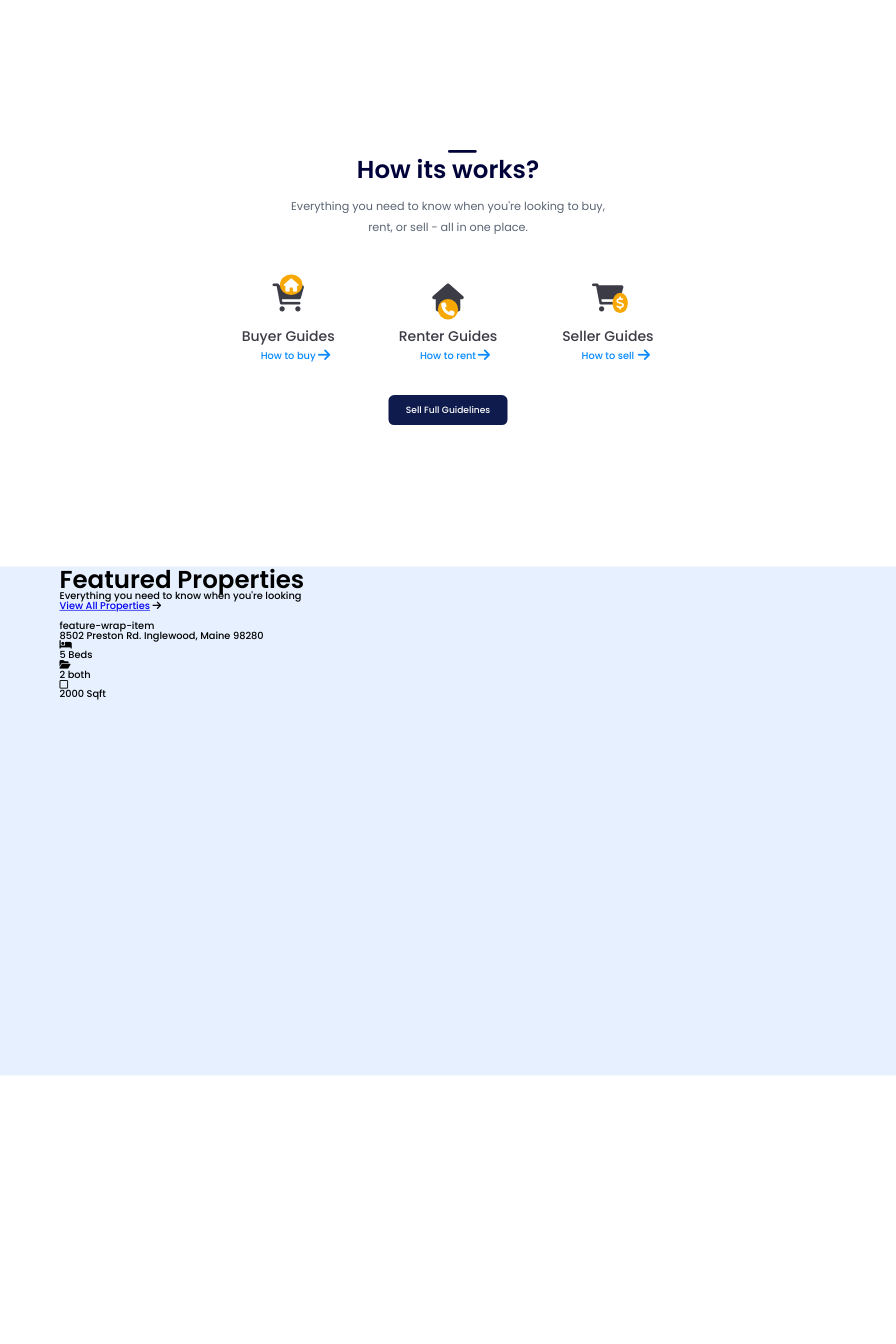
Repository: kauittt/f8-htmlcss-01
Page: index.html
An editor plug-in stored every save of this project. The page is shown before and after the next save, followed by the edit.
The browser window is 1280 px wide. The pictures show the part of the page from y = 946 to 2866 px (the page is 2911 px tall), at 70% of full size.

Above is the page before, as saved 2023-01-01 10:33:22.

### index.html
<!DOCTYPE html>
<html lang="en">
    <head>
        <meta charset="UTF-8" />
        <meta http-equiv="X-UA-Compatible" content="IE=edge" />
        <meta name="viewport" content="width=device-width, initial-scale=1.0" />
        <title>F8-PROJECT-01</title>
        <link rel="preconnect" href="https://cdnjs.cloudflare.com" />
        <link
            rel="stylesheet"
            href="https://cdnjs.cloudflare.com/ajax/libs/font-awesome/6.2.1/css/all.min.css"
        />
        <link rel="stylesheet" href="./assets/css/reset.css" />
        <link rel="stylesheet" href="./assets/fonts/stylesheet.css" />
        <link rel="stylesheet" href="./assets/css/styles.css" />
    </head>
    <body>
        <header id="header" class="colored">
            <div class="content">
                <div class="header-nav">
                    <p class="logo">Bensnik.</p>
                    <ul class="header-nav-list">
                        <li class="header-nav-list__item">Home</li>
                        <li class="header-nav-list__item">Features</li>
                        <li class="header-nav-list__item">Services</li>
                        <li class="header-nav-list__item">Resources</li>
                        <li class="header-nav-list__item">Contact</li>
                    </ul>

                    <div class="header-nav-account">
                        <p class="header-nav-account__general">Sign in</p>
                        <p class="header-nav-account__general btn">Sign up</p>
                    </div>
                </div>

                <div class="header-about">
                    <p class="header-about__welcome">
                        Welcome to Bensnik Agency
                    </p>
                    <h1 class="header-about__heading">
                        Discover a place you'll love to live
                    </h1>
                    <p class="header-about__desc">
                        Get the best real estate deals first, before they hit
                        the mass market! hot foreclosure deals with one simple
                        search
                    </p>
                    <p class="header-about__link btn">More About Us</p>
                </div>
            </div>
        </header>

        <div id="client">
            <div class="content">
                <div class="client-infor">
                    <p class="logo">Bensnik.</p>
                    <div class="client-infor-wrap">
                        <i class="fa-solid fa-star client-infor-wrap__item"></i>
                        <i class="fa-solid fa-star client-infor-wrap__item"></i>
                        <i class="fa-solid fa-star client-infor-wrap__item"></i>
                        <i class="fa-solid fa-star client-infor-wrap__item"></i>
                        <i class="fa-solid fa-star client-infor-wrap__item"></i>
                    </div>
                </div>
                <div class="client-infor">
                    <p class="client-infor__text">
                        More than 45,000+ companies trust besnik
                    </p>
                    <p class="client-infor__text">
                        5 Star Ratings (2k+ Review)
                    </p>
                </div>

                <div class="client-logo">
                    <img src="" alt="" />
                </div>
            </div>
        </div>

        <div id="desc">
            <div class="small-content desc-wrap">
                <div class="desc-heading">
                    <h2 class="desc-heading__title">How its works?</h2>
                    <p class="desc-heading__text">
                        Everything you need to know when you're looking to buy,
                        rent, or sell - all in one place.
                    </p>
                </div>

                <div class="desc-guide">
                    <div class="desc-guide-item">
                        <i
                            class="desc-guide-item__icon fa-solid fa-cart-shopping"
                        >
                        </i>
                        <i
                            class="desc-guide-item__childIcon desc-guide-item__childIcon--topCenter fa-solid fa-house"
                        ></i>
                        <p class="desc-guide-item__name">Buyer Guides</p>
                        <p class="desc-guide-item__instruc">
                            How to buy
                            <i
                                class="desc-guide-item__instruc__icon fa-solid fa-arrow-right"
                            ></i>
                        </p>
                    </div>
                    <div class="desc-guide-item">
                        <i
                            class="desc-guide-item__icon fa-solid fa-house"
                        ></i>
                        <i class="desc-guide-item__childIcon desc-guide-item__childIcon--bottomCenter fa-solid fa-phone"></i>
                        </i>
                        <p class="desc-guide-item__name">Renter Guides</p>
                        <p class="desc-guide-item__instruc">
                            How to rent
                            <i
                                class="desc-guide-item__instruc__icon fa-solid fa-arrow-right"
                            ></i>
                        </p>
                    </div>
                    <div class="desc-guide-item">
                        <i
                            class="desc-guide-item__icon fa-solid fa-cart-shopping"
                        >
                        </i>
                        <i class="desc-guide-item__childIcon item__childIcon--bottomRight fa-solid fa-dollar-sign"></i>

                        <p class="desc-guide-item__name">Seller Guides</p>
                        <p class="desc-guide-item__instruc">
                            How to sell
                            <i
                                class="desc-guide-item__instruc__icon fa-solid fa-arrow-right"
                            ></i>
                        </p>
                    </div>
                </div>

                <p class="desc__link btn">Sell Full Guidelines</p>
            </div>
        </div>

        <div id="feature" class="colored">
            <div class="content feature-wrap">
                <h2 class="feature__heading">Featured Properties</h2>

                <div class="feature-more">
                    <p class="feature-more__desc">
                        Everything you need to know when you're looking
                    </p>

                    <a href="#!" class="feature-more__link">View All Properties</a>
                    <i
                        class="fa-solid fa-arrow-right"
                    ></i>
                </div>

                <div class="feature-wrap">
                    <div class="feature-wrap-item">
                        <img src="" alt="" class="feature-wrap-item__img">
                        <p class="feature-wrap-item__title">feature-wrap-item</p>
                        <p class="feature-wrap-item__text">8502 Preston Rd. Inglewood, Maine 98280</p>
                        <div class="feature-wrap-item-desc">
                            <i class="feature-wrap-item-desc__icon fa-solid fa-bed"></i>
                            <p class="feature-wrap-item-desc__text">5 Beds</p>

                            <i class="feature-wrap-item-desc__icon fa-solid fa-folder-open"></i>
                            <p class="feature-wrap-item-desc__text">2 both</p>

                            <i class="feature-wrap-item-desc__icon fa-regular fa-square"></i>
                            <p class="feature-wrap-item-desc__text">2000 Sqft</p>
                        </div>
                    </div>
                </div>
            </div>


        </div>

        <div id="news">
            <div class="content"></div>
        </div>

        <footer id="footer">
            <div class="content">
                <div class="nav"></div>
            </div>
        </footer>

        <script src="./assets/js/basic.js"></script>
    </body>
</html>

### assets/css/reset.css
html,
body,
div,
span,
applet,
object,
iframe,
h1,
h2,
h3,
h4,
h5,
h6,
p,
blockquote,
pre,
a,
abbr,
acronym,
address,
big,
cite,
code,
del,
dfn,
em,
img,
ins,
kbd,
q,
s,
samp,
small,
strike,
strong,
sub,
sup,
tt,
var,
b,
u,
i,
center,
dl,
dt,
dd,
ol,
ul,
li,
fieldset,
form,
label,
legend,
table,
caption,
tbody,
tfoot,
thead,
tr,
th,
td,
article,
aside,
canvas,
details,
embed,
figure,
figcaption,
footer,
header,
hgroup,
menu,
nav,
output,
ruby,
section,
summary,
time,
mark,
audio,
video {
    margin: 0;
    padding: 0;
    border: 0;
    font-size: 100%;
    font: inherit;
    vertical-align: baseline;
}
article,
aside,
details,
figcaption,
figure,
footer,
header,
hgroup,
menu,
nav,
section {
    display: block;
}
body {
    line-height: 1;
}
ol,
ul {
    list-style: none;
}
blockquote,
q {
    quotes: none;
}
blockquote:before,
blockquote:after,
q:before,
q:after {
    content: "";
    content: none;
}
table {
    border-collapse: collapse;
    border-spacing: 0;
}

### assets/fonts/stylesheet.css
@font-face {
    font-family: "Poppins";
    src: url("Poppins/Poppins-Bold.woff2") format("woff2"),
        url("Poppins/Poppins-Bold.woff") format("woff");
    font-weight: bold;
    font-style: normal;
    font-display: swap;
}

@font-face {
    font-family: "Poppins";
    src: url("Poppins/Poppins-Black.woff2") format("woff2"),
        url("Poppins/Poppins-Black.woff") format("woff");
    font-weight: 900;
    font-style: normal;
    font-display: swap;
}

@font-face {
    font-family: "Poppins";
    src: url("Poppins/Poppins-BlackItalic.woff2") format("woff2"),
        url("Poppins/Poppins-BlackItalic.woff") format("woff");
    font-weight: 900;
    font-style: italic;
    font-display: swap;
}

@font-face {
    font-family: "Poppins";
    src: url("Poppins/Poppins-BoldItalic.woff2") format("woff2"),
        url("Poppins/Poppins-BoldItalic.woff") format("woff");
    font-weight: bold;
    font-style: italic;
    font-display: swap;
}

@font-face {
    font-family: "Poppins";
    src: url("Poppins/Poppins-ExtraBold.woff2") format("woff2"),
        url("Poppins/Poppins-ExtraBold.woff") format("woff");
    font-weight: bold;
    font-style: normal;
    font-display: swap;
}

@font-face {
    font-family: "Poppins";
    src: url("Poppins/Poppins-ExtraBoldItalic.woff2") format("woff2"),
        url("Poppins/Poppins-ExtraBoldItalic.woff") format("woff");
    font-weight: bold;
    font-style: italic;
    font-display: swap;
}

@font-face {
    font-family: "Poppins";
    src: url("Poppins/Poppins-ExtraLight.woff2") format("woff2"),
        url("Poppins/Poppins-ExtraLight.woff") format("woff");
    font-weight: 200;
    font-style: normal;
    font-display: swap;
}

@font-face {
    font-family: "Poppins";
    src: url("Poppins/Poppins-ExtraLightItalic.woff2") format("woff2"),
        url("Poppins/Poppins-ExtraLightItalic.woff") format("woff");
    font-weight: 200;
    font-style: italic;
    font-display: swap;
}

@font-face {
    font-family: "Poppins";
    src: url("Poppins/Poppins-Italic.woff2") format("woff2"),
        url("Poppins/Poppins-Italic.woff") format("woff");
    font-weight: normal;
    font-style: italic;
    font-display: swap;
}

@font-face {
    font-family: "Poppins";
    src: url("Poppins/Poppins-Light.woff2") format("woff2"),
        url("Poppins/Poppins-Light.woff") format("woff");
    font-weight: 300;
    font-style: normal;
    font-display: swap;
}

@font-face {
    font-family: "Poppins";
    src: url("Poppins/Poppins-LightItalic.woff2") format("woff2"),
        url("Poppins/Poppins-LightItalic.woff") format("woff");
    font-weight: 300;
    font-style: italic;
    font-display: swap;
}

@font-face {
    font-family: "Poppins";
    src: url("Poppins/Poppins-Medium.woff2") format("woff2"),
        url("Poppins/Poppins-Medium.woff") format("woff");
    font-weight: 500;
    font-style: normal;
    font-display: swap;
}

@font-face {
    font-family: "Poppins";
    src: url("Poppins/Poppins-MediumItalic.woff2") format("woff2"),
        url("Poppins/Poppins-MediumItalic.woff") format("woff");
    font-weight: 500;
    font-style: italic;
    font-display: swap;
}

@font-face {
    font-family: "Poppins";
    src: url("Poppins/Poppins-Regular.woff2") format("woff2"),
        url("Poppins/Poppins-Regular.woff") format("woff");
    font-weight: normal;
    font-style: normal;
    font-display: swap;
}

@font-face {
    font-family: "Poppins";
    src: url("Poppins/Poppins-SemiBold.woff2") format("woff2"),
        url("Poppins/Poppins-SemiBold.woff") format("woff");
    font-weight: 600;
    font-style: normal;
    font-display: swap;
}

@font-face {
    font-family: "Poppins";
    src: url("Poppins/Poppins-SemiBoldItalic.woff2") format("woff2"),
        url("Poppins/Poppins-SemiBoldItalic.woff") format("woff");
    font-weight: 600;
    font-style: italic;
    font-display: swap;
}

@font-face {
    font-family: "Poppins";
    src: url("Poppins/Poppins-Thin.woff2") format("woff2"),
        url("Poppins/Poppins-Thin.woff") format("woff");
    font-weight: 100;
    font-style: normal;
    font-display: swap;
}

@font-face {
    font-family: "Poppins";
    src: url("Poppins/Poppins-ThinItalic.woff2") format("woff2"),
        url("Poppins/Poppins-ThinItalic.woff") format("woff");
    font-weight: 100;
    font-style: italic;
    font-display: swap;
}

### assets/css/styles.css
/*! COMMON */
* {
    box-sizing: border-box;
}

html {
    font-size: 62.5%;
}

body {
    font-family: "Poppins", sans-serif;
    font-size: 1.4rem;
    font-weight: 500;
    display: flex;
    flex-direction: column;
}

:root {
    --main-color: #e6f0ff;
}

.colored {
    background-color: var(--main-color);
}

.content {
    max-width: 111rem;
    margin: 0 auto;
}

.small-content {
    max-width: 68.5rem;
    margin: 0 auto;
}

.logo {
    color: #000228;
    font-weight: 600;
    font-size: 3rem;
}

/*! HEADER */
#header {
    height: 73.6rem;
}

.header-nav {
    display: flex;
    margin-top: 38px;
    height: 4rem;
    justify-content: space-between;
    align-items: center;
}

.header-nav-list {
    display: flex;
    margin-left: -206px;
}

.header-nav-list__item {
    color: #4f5361;
}

.header-nav-list__item + .header-nav-list__item {
    margin-left: 28px;
}

.header-nav-account {
    display: flex;
}

.header-nav-account__general {
    padding: 10px 20px;
    color: #0f1b4c;
}

/*! BUTTONN */
.btn {
    display: inline-block;
    border-radius: 8px;
    color: #fff;
    background-color: #0f1b4c;
    align-items: center;
}
/*!  */

.header-about {
    margin-top: 138px;
    max-width: 55.9rem;
}

.header-about__welcome {
    font-size: 1.8rem;
    color: #687690;
}

.header-about__heading {
    font-size: 6.4rem;
    font-weight: 700;
    line-height: 7.6rem;
    margin: 8px 0 30px 0;
    color: #000336;
}

.header-about__desc {
    font-size: 1.8rem;
    line-height: 3.2rem;
    font-weight: 400;
    color: #5a6473;
}

.header-about__link {
    font-size: 1.3rem;
    padding: 15px 38px;
    margin-top: 40px;
}

/*! LOGO */
#client {
    height: 31.2rem;
    margin-top: 122px;
}

.client-infor {
    display: flex;
    justify-content: space-between;
    align-items: center;
}

.client-infor + .client-infor {
    margin-top: 15px;
}

.client-infor-wrap__item {
    display: inline-block;
    width: 2.03rem;
    height: 1.885rem;
    color: #ffca56;
    line-height: 3rem;
}

.client-infor__text {
    font-size: 1.6rem;
    color: #7d8589;
}

.client-logo {
}

/*! DESCRIPTION */
#desc {
    height: 58.5rem;
}

.desc-wrap {
    text-align: center;
}

.desc-heading {
    max-width: 45rem;
    margin: 0 auto;
    display: flex;
    flex-direction: column;
}

.desc-heading__title {
    font-size: 3.5rem;
    font-weight: 600;
    color: #000339;
    position: relative;
}

.desc-heading__title::before {
    content: "";
    display: block;
    position: absolute;

    width: 4.1rem;
    height: 0.4rem;
    background-color: #000339;

    left: 50%;
    top: -1rem;
    transform: t ranslateX(-50%);
    border-radius: 8px;
}

.desc-heading__text {
    font-size: 1.6rem;
    font-weight: 400;
    line-height: 3rem;
    margin-top: 2rem;
    color: #5a6473;
}

.desc-guide {
    display: flex;
    margin-top: 65px;
    margin-bottom: 50px;
}

.desc-guide-item {
    width: calc(100% / 3);
    position: relative;
}

.desc-guide-item__icon {
    color: #3b3c45;
    font-size: 4rem;
}

.desc-guide-item__childIcon {
    position: absolute;
    font-size: 1.9rem;
}

.desc-guide-item__childIcon--topCenter {
    left: 45%;
    top: -1.2rem;
    padding: 0.5rem;
    color: white;
    background: #f7a804;
    border-radius: 50%;
}
.desc-guide-item__childIcon--bottomCenter {
    left: 50%;
    transform: translateX(-50%);
    bottom: 5.8rem;
    padding: 0.5rem;
    color: white;
    background: #f7a804;
    border-radius: 50%;
}
.item__childIcon--bottomRight {
    left: 53%;
    bottom: 67px;
    background: #f7a804;
    color: white;
    padding: 0.5rem;
    border-radius: 50%;
}

.desc-guide-item__name {
    font-size: 2rem;
    color: #3b3c45;
    margin-top: 26px;
    margin-bottom: 10px;
}

.desc-guide-item__instruc {
    font-size: 1.4rem;
    color: #0689ff;
    position: relative;
}

.desc-guide-item__instruc__icon {
    position: absolute;
    font-size: 2rem;
    top: 50%;
    transform: translateY(-50%);
    right: 5.4rem;
}

.desc__link {
    padding: 15px 25px;
    font-size: 1.3rem;
}

/*! FEATURE */
#feature {
    height: 72.7rem;
}

.feature-content {
    margin-top: 110px;
}

.feature__heading {
    font-size: 3.5rem;
    font-weight: 600;
}

.feature-more {
}

.feature-more__desc {
}

.feature-more__link {
}

.feature-wrap {
}

.feature-wrap-item {
}

.feature-wrap-item__img {
}

.feature-wrap-item__title {
}

.feature-wrap-item__text {
}

.feature-wrap-item-desc {
}

.feature-wrap-item-desc__icon {
}

.feature-wrap-item-desc__text {
}

/*! NEWS */
#new {
    height: 40.9rem;
}

/*! FOOTER */
#footer {
    height: 42.9rem;
}

Loaded but not shown: assets/js/basic.js (no copy from this time; the picture is the same without it)

After the next save:
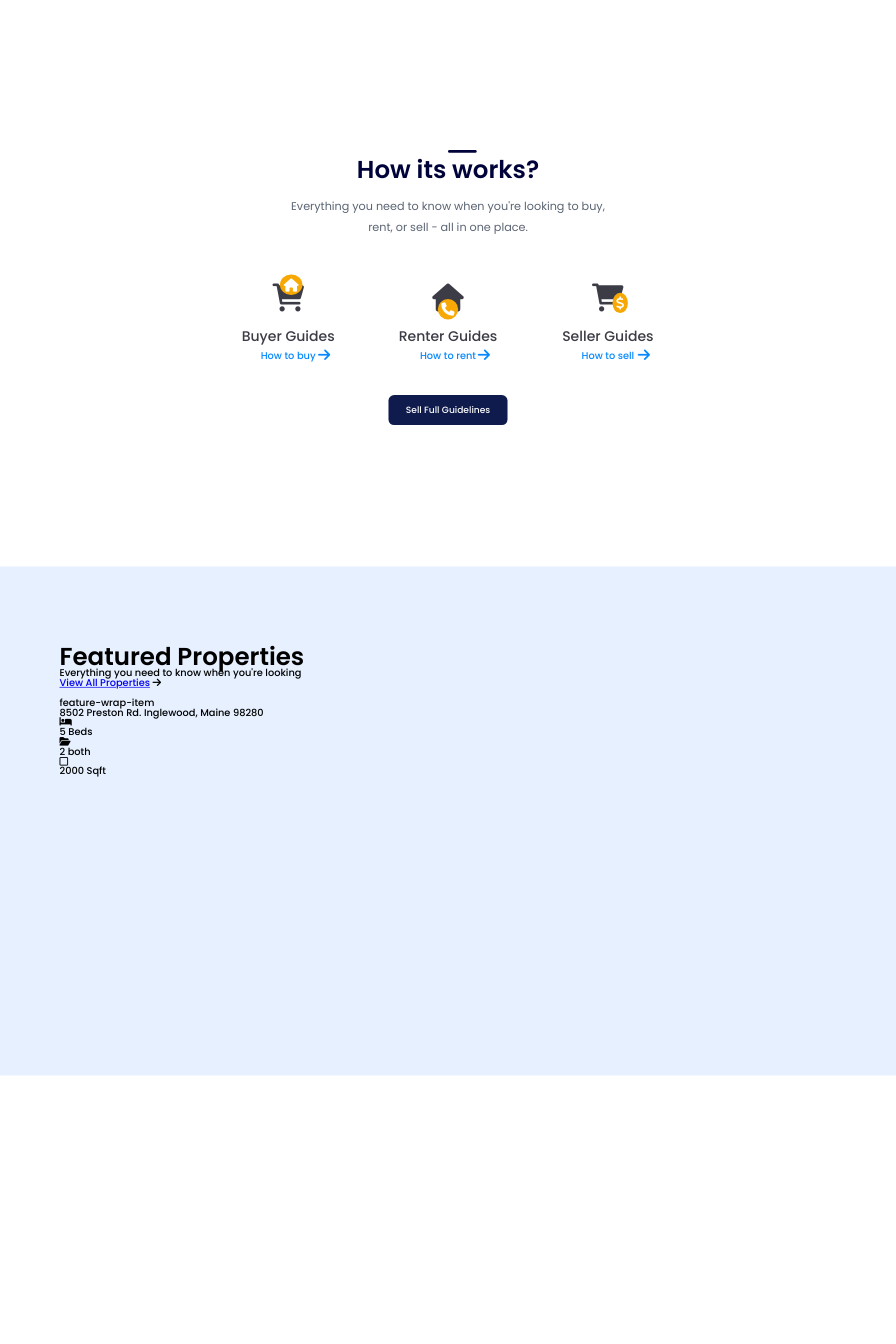
Saved 10 s later.
--- a/index.html
+++ b/index.html
@@ -140,7 +140,7 @@
         </div>
 
         <div id="feature" class="colored">
-            <div class="content feature-wrap">
+            <div class="content feature-content">
                 <h2 class="feature__heading">Featured Properties</h2>
 
                 <div class="feature-more">
